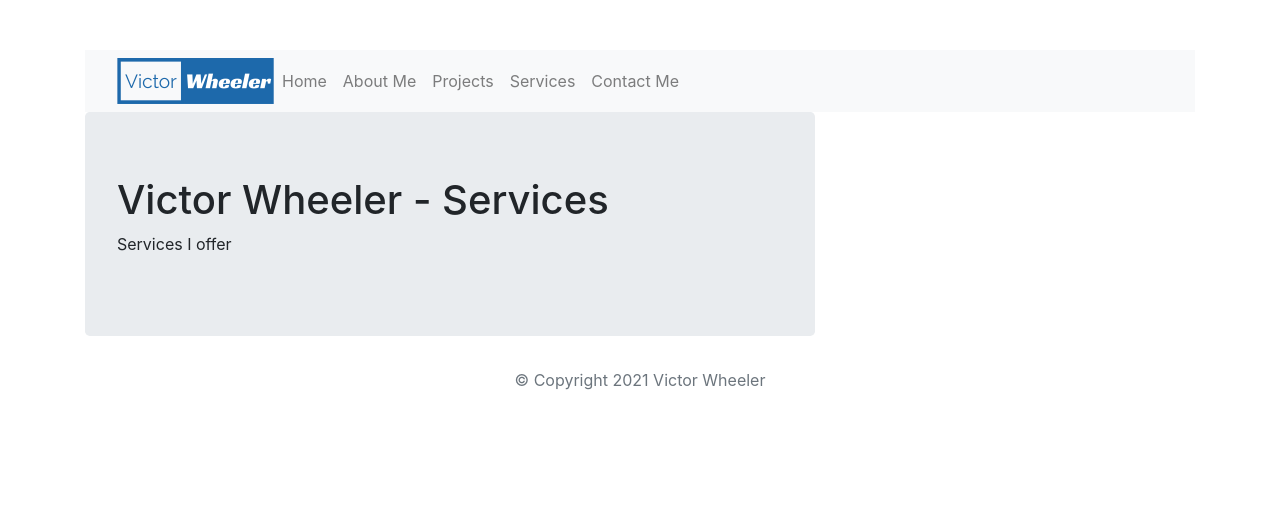
Repository: VictorWheeler/COMP_229_301167760
Page: http://localhost/services
The author's editor kept a copy of each file at every save. The page is drawn from the files as they stood at one save, then again after the next save.
The browser window is 1280 px wide. The pictures show the whole page.
The page is served by the project's Node server (server.js).

Above is the page before, as saved 2021-09-30 10:13:38.

After the next save:
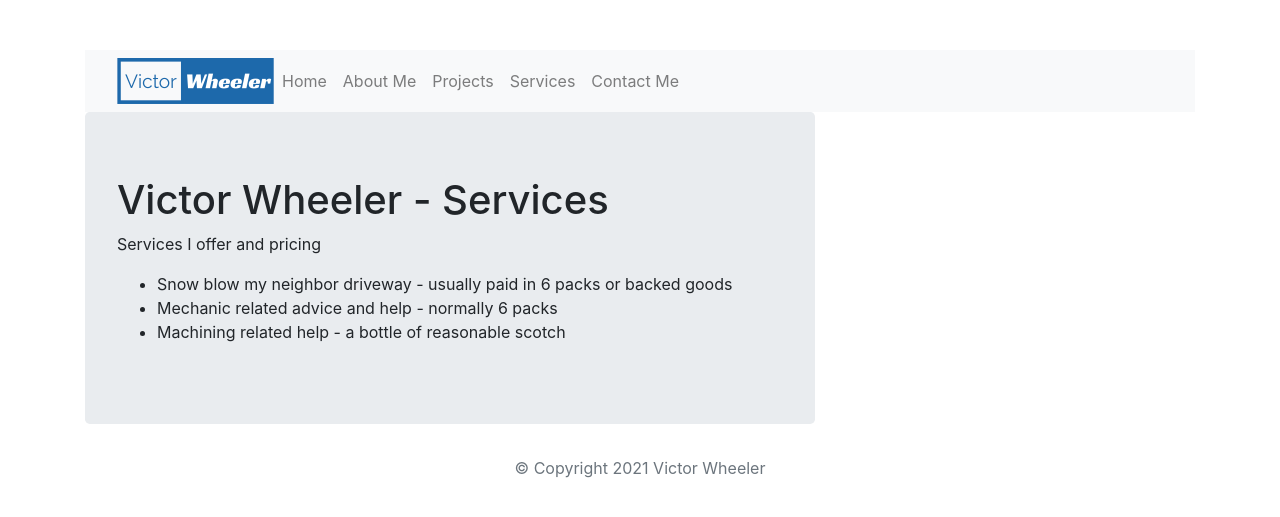
Saved 2 min 41 s later.
--- a/Express-Portfolio-Site/views/pages/services.ejs
+++ b/Express-Portfolio-Site/views/pages/services.ejs
@@ -14,7 +14,13 @@
   <div class="col-sm-8">
     <div class="jumbotron">
       <h1>Victor Wheeler - Services</h1>
-      <p>Services I offer</p>
+      <p>Services I offer and pricing</p>
+      <ul>
+      <li>Snow blow my neighbor driveway - usually paid in 6 packs or backed goods</li>
+      <li>Mechanic related advice and help - normally 6 packs</li>
+      <li>Machining related help - a bottle of reasonable scotch</li>
+      </ul>
+
     </div>
   </div>
 
